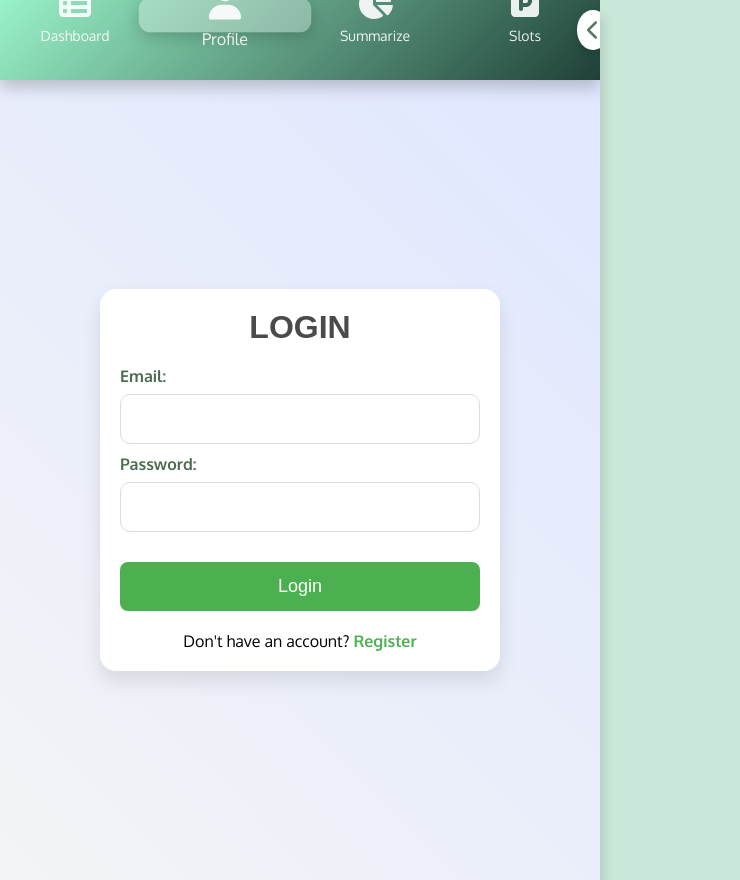
Repository: minhnhat2803/Thesis-Web-Mobile
Page: /profile (app in client/)
An editor plug-in stored every save of this project. The page is shown before and after the next save, followed by the edit.
The browser window is 600 px wide. The page is 740 px wide, so the pictures cover 740 px, including what lies to the right of the window. The pictures show the whole page.
The project was rebuilt for these pictures with package versions that can differ from the ones it lists, and the page was loaded fresh each time. Also part of the build but not shown: client/vite.config.js, client/src/styles/Header.module.css, client/src/components/Header.jsx, client/src/styles/pages/Dashboard.module.css, client/src/actions/index.js, client/src/components/Dashboard.jsx, client/src/styles/Table.module.css, client/src/components/Table.jsx and 4 more.

Above is the page before, as saved 2025-01-07 23:01:24.

### client/index.html
<!DOCTYPE html>
<html lang="en">
  <head>
    <meta charset="UTF-8" />
    <link rel="icon" type="image/svg+xml" href="/vite.svg" />
    <meta name="viewport" content="width=device-width, initial-scale=1.0" />
    <title>ASPS - Smart Parking Administration Website</title>
  </head>
  <body>
    <div id="root"></div>
    <script type="module" src="./src/main.jsx"></script>
  </body>
</html>

### client/src/main.jsx
import React from "react";
import ReactDOM from "react-dom/client";
import App from "./App";
import "./global.css";

ReactDOM.createRoot(document.getElementById("root")).render(
  <React.StrictMode>
    <App />
  </React.StrictMode>
);

### client/src/App.jsx
import React from "react";
import { BrowserRouter as Router, Routes, Route } from "react-router-dom";
import TabBar from "./components/TabBar";
import styles from "./styles/Container.module.css";
import classNames from "classnames/bind";
import Header from "./components/Header";
import Content from "./components/Dashboard";
import Table from "./components/Table";
import Slots from "./pages/Slots";
import Profile from "./pages/Profile";
import Summarize from "./pages/Summarize";
import ProtectedRoute from "../src/config/ProtectedRoute";
import { AuthProvider } from "../src/config/AuthContext";
import { ToastContainer } from "react-toastify";
import "react-toastify/dist/ReactToastify.css";

const cx = classNames.bind(styles);

function App() {
  return (
    <AuthProvider>
      <Router>
        <div className={cx("container")}>
          <ToastContainer />
          <div className={cx("dashboard-container")}>
            <TabBar />
            <div className={cx("main-content")}>
              <Routes>
                <Route path="/profile" element={<Profile />} />
                <Route
                  path="/dashboard"
                  element={
                    <ProtectedRoute>
                      <>
                        <Header />
                        <Content />
                        <Table />
                      </>
                    </ProtectedRoute>
                  }
                />
                <Route
                  path="/slots"
                  element={
                    <ProtectedRoute>
                      <Slots />
                    </ProtectedRoute>
                  }
                />
                <Route
                  path="/summarize"
                  element={
                    <ProtectedRoute>
                      <Summarize />
                    </ProtectedRoute>
                  }
                />
              </Routes>
            </div>
          </div>
        </div>
      </Router>
    </AuthProvider>
  );
}

export default App;

### client/src/global.css
@import url("https://fonts.googleapis.com/css2?family=Oxygen:wght@300;400;700&display=swap");

* {
  margin: 0;
  padding: 0;
  box-sizing: border-box;
}

body {
  background-color: #f4f6f8;
  font-family: "Oxygen", sans-serif;
  min-width: 100vh;
  overflow: auto;
}

@media screen and (min-width: 740px) and (max-width: 1024px) {
  body {
    background-color: #cae8d9;
    font-family: "Oxygen", sans-serif;
    min-width: 740px;
    overflow: auto;
  }
}

@media (max-width: 739px) {
  body {
    background-color: #cae8d9;
    font-family: "Oxygen", sans-serif;
    min-width: 740px;
    overflow: auto;
  }
}

### client/src/components/TabBar.jsx
import React, { useEffect, useState } from "react";
import { useNavigate, useLocation } from "react-router-dom";
import classNames from "classnames/bind";
import styles from "../styles/TabBar.module.css";
import { FontAwesomeIcon } from "@fortawesome/react-fontawesome";
import {
  faTableList,
  faUser,
  faParking,
  faChartPie,
  faChevronLeft,
  faChevronRight,
} from "@fortawesome/free-solid-svg-icons";
import { motion } from "framer-motion";

const cx = classNames.bind(styles);

const tabs = [
  {
    index: 0,
    title: "Dashboard",
    icon: faTableList,
    path: "/dashboard",
  },
  {
    index: 1,
    title: "Profile",
    icon: faUser,
    path: "/profile",
  },
  {
    index: 2,
    title: "Summarize",
    icon: faChartPie,
    path: "/summarize",
  },
  {
    index: 3,
    title: "Slots",
    icon: faParking,
    path: "/slots",
  },
];

function TabBar() {
  const [click, setClick] = useState(0);
  const [isCollapsed, setIsCollapsed] = useState(false);
  const navigate = useNavigate();
  const location = useLocation();

  useEffect(() => {
    const currentTab = tabs.findIndex((tab) => tab.path === location.pathname);
    if (currentTab !== -1) {
      setClick(currentTab);
    }
  }, [location.pathname]);

  const handleTabClick = (index, path) => {
    setClick(index);
    navigate(path);
  };

  const toggleTabBar = () => {
    setIsCollapsed(!isCollapsed);
  };

  return (
    <div className={cx("tabBar-container", { collapsed: isCollapsed })}>
      <motion.div
        className={cx("toggle-container")}
        onClick={toggleTabBar}
        whileHover={{ scale: 1.2, rotate: 10 }}
        whileTap={{ scale: 0.9 }}
      >
        <FontAwesomeIcon
          icon={isCollapsed ? faChevronRight : faChevronLeft}
          size="lg"
        />
      </motion.div>

      <div className={cx("tabs")}>
        {tabs.map((tab, index) => (
          <motion.div
            key={index}
            onClick={() => handleTabClick(index, tab.path)}
            className={cx("tabCell-container", { active: click === index })}
            whileHover={{
              scale: 1.1,
              backgroundColor: "rgba(255, 255, 255, 0.2)",
            }}
            whileTap={{ scale: 0.95 }}
            style={{
              height: `calc(100% / ${tabs.length})`,
            }}
          >
            <FontAwesomeIcon size="2x" icon={tab.icon} />
            {!isCollapsed && (
              <motion.p
                className={cx("tabCell-title")}
                initial={{ opacity: 0, x: -10 }}
                animate={{ opacity: 1, x: 0 }}
                transition={{ delay: 0.2 }}
              >
                {tab.title}
              </motion.p>
            )}
          </motion.div>
        ))}
      </div>
    </div>
  );
}

export default TabBar;

### client/src/styles/Container.module.css
.dashboard-container {
    width: 100%;
    height: auto;
    background-color: #f4f6f8;
    display: flex;
}

.main-content {
    width: 100%;
    margin-left: 80px;
    margin-right: 100px;
}

@media screen and (min-width: 740px) and (max-width: 1024px) {
    .dashboard-container {
        width: 100vw;
        height: auto;
        background-color: #f4f6f8;
        overflow: hidden;
        display: flex;
        box-shadow: 5px 16px 10px rgba(0, 0, 0, 0.1);
    }

    .main-content {
        width: 100vw;
        margin-left: 0px;
        margin-right: 0px;
    }
}

@media (max-width: 739px) {
    .dashboard-container {
        width: 100vw;
        height: auto;
        background-color: #f4f6f8;
        overflow: hidden;
        display: flex;
        flex-direction: column;
        box-shadow: 5px 16px 10px rgba(0, 0, 0, 0.1);
    }
    .main-content {
        width: 100vw;
        margin-left: 0px;
        margin-right: 0px;
    }
}

### client/src/pages/Profile.jsx
import React, { useState, useEffect } from "react";
import styles from "../styles/pages/Profile.module.css";
import { auth } from "../config/firebase";
import { createUserWithEmailAndPassword, signInWithEmailAndPassword } from "firebase/auth";
import { useAuth } from "../config/AuthContext";

function Profile() {
  const { login, logout } = useAuth();
  const [isLogin, setIsLogin] = useState(true);
  const [userInfo, setUserInfo] = useState(null);

  useEffect(() => {
    const storedUserInfo = localStorage.getItem("userInfo");
    if (storedUserInfo) {
      setUserInfo(JSON.parse(storedUserInfo));
    }
  }, []);

  useEffect(() => {
    if (userInfo) {
      localStorage.setItem("userInfo", JSON.stringify(userInfo));
    }
  }, [userInfo]);

  const handleLoginSubmit = async (e) => {
    e.preventDefault();
    const email = e.target.elements[0].value;
    const password = e.target.elements[1].value;

    try {
      const userCredential = await signInWithEmailAndPassword(auth, email, password);
      const currentDateTime = new Date().toLocaleString();
      const loggedInUserInfo = {
        email: userCredential.user.email,
        lastLogin: currentDateTime,
      };

      login(loggedInUserInfo);
      setUserInfo(loggedInUserInfo);
    } catch (error) {
      alert("Login failed: " + error.message);
    }
  };

  const handleRegisterSubmit = async (e) => {
    e.preventDefault();
    const email = e.target.elements[0].value;
    const password = e.target.elements[1].value;
    const confirmPassword = e.target.elements[2].value;

    if (password !== confirmPassword) {
      alert("Passwords do not match!");
      return;
    }

    try {
      const userCredential = await createUserWithEmailAndPassword(auth, email, password);
      const registeredUserInfo = {
        email: userCredential.user.email,
        lastLogin: new Date().toLocaleString(),
      };

      login(registeredUserInfo);
      setUserInfo(registeredUserInfo);
      setIsLogin(true);
    } catch (error) {
      alert("Registration failed: " + error.message);
    }
  };

  const handleLogout = () => {
    setUserInfo(null);
    logout();
    localStorage.removeItem("userInfo");
  };

  return (
    <div className={styles.profileContainer}>
      <div className={styles.formContainer}>
        {userInfo ? (
          <div className={styles.profileDetails}>
            <h2>Profile Information</h2>
            <p>Email: {userInfo.email}</p>
            <p>Last Login: {userInfo.lastLogin}</p>
            <button onClick={handleLogout}>Logout</button>
          </div>
        ) : isLogin ? (
          <div className={styles.loginForm}>
            <h2>LOGIN</h2>
            <form onSubmit={handleLoginSubmit}>
              <label>Email: <input type="email" required /></label>
              <label>Password: <input type="password" required /></label>
              <button type="submit">Login</button>
            </form>
            <p className={styles.toggleForm}>
              Don't have an account?{" "}
              <span onClick={() => setIsLogin(false)} className={styles.registerLink}>Register</span>
            </p>
          </div>
        ) : (
          <div className={styles.registerForm}>
            <h2>REGISTER</h2>
            <form onSubmit={handleRegisterSubmit}>
              <label>Email: <input type="email" required /></label>
              <label>Password: <input type="password" required /></label>
              <label>Confirm Password: <input type="password" required /></label>
              <button type="submit">Register</button>
            </form>
            <p className={styles.toggleForm}>
              Already have an account?{" "}
              <span onClick={() => setIsLogin(true)} className={styles.loginLink}>Login</span>
            </p>
          </div>
        )}
      </div>
    </div>
  );
}

export default Profile;

### client/src/config/AuthContext.js
// AuthContext.js
import React, { createContext, useContext, useState, useEffect } from "react";

const AuthContext = createContext();

export function AuthProvider({ children }) {
  const [user, setUser] = useState(null);

  useEffect(() => {
    const storedUser = localStorage.getItem("userInfo");
    if (storedUser) {
      setUser(JSON.parse(storedUser));
    }
  }, []);

  const login = (userInfo) => {
    setUser(userInfo);
    localStorage.setItem("userInfo", JSON.stringify(userInfo));
  };

  const logout = () => {
    setUser(null);
    localStorage.removeItem("userInfo");
  };

  return (
    <AuthContext.Provider value={{ user, login, logout }}>
      {children}
    </AuthContext.Provider>
  );
}

export function useAuth() {
  return useContext(AuthContext);
}

### client/src/styles/TabBar.module.css
.tabBar-container {
  width: 120px;
  background: linear-gradient(135deg, #1f4037, #99f2c8);
  border-right: none;
  box-shadow: 0 8px 15px rgba(0, 0, 0, 0.2);
  display: flex;
  flex-direction: column;
  justify-content: space-between;
  transition: all 0.5s cubic-bezier(0.4, 0, 0.2, 1);
  position: relative;
  overflow: hidden;
}

.tabBar-container.collapsed {
  width: 60px;
}

.toggle-container {
  position: absolute;
  top: 10px;
  right: -9px;
  cursor: pointer;
  z-index: 10;
  background-color: #fff;
  color: #517c64;
  padding: 10px;
  border-radius: 50%;
  box-shadow: 0 4px 8px rgba(0, 0, 0, 0.15);
  transition: transform 0.3s ease, box-shadow 0.3s ease;
}

.toggle-container:hover {
  box-shadow: 0 6px 12px rgba(0, 0, 0, 0.25);
}

.tabs {
  width: 100%;
  height: 100%;
  display: flex;
  flex-direction: column;
  justify-content: space-around;
  padding-top: 60px;
}

.tabCell-container {
  width: 100%;
  display: flex;
  flex-direction: column;
  justify-content: center;
  align-items: center;
  cursor: pointer;
  padding: 15px 0;
  transition: all 0.4s cubic-bezier(0.4, 0, 0.2, 1);
  border-radius: 10px;
  margin: 10px 0;
  color: rgba(255, 255, 255, 0.9);
  background: linear-gradient(135deg, transparent, transparent);
}

.tabCell-container:hover {
  background: linear-gradient(135deg, rgba(255, 255, 255, 0.2), rgba(255, 255, 255, 0.1));
  transform: scale(1.1);
}

.tabCell-title {
  margin-top: 8px;
  font-size: 14px;
  font-weight: 500;
  color: rgba(255, 255, 255, 0.9);
}

.tabCell-container.active {
  background: rgba(255, 255, 255, 0.3);
  box-shadow: 0 4px 15px rgba(0, 0, 0, 0.2);
  transform: scale(1.15);
}

@media (max-width: 739px) {
  .tabBar-container {
    width: 100vw;
    height: 10vh;
    flex-direction: row;
    align-items: center;
    background: linear-gradient(135deg, #99f2c8, #1f4037);
  }
  .tabs {
    flex-direction: row;
    justify-content: space-evenly;
    padding: 0;
  }
  .tabCell-container {
    flex-direction: column;
    margin: 0;
  }
}

### client/src/config/firebase.js
import { initializeApp } from "firebase/app";
import { getAuth } from "firebase/auth";

import { getFirestore } from "firebase/firestore";
const firebaseConfig = {
    apiKey: "AIzaSyBL6smHyIPLYk8AsCLDpU_Xcr4zFFii8rM",
    authDomain: "iot-smart-parking-72f94.firebaseapp.com",
    projectId: "iot-smart-parking-72f94",
    storageBucket: "iot-smart-parking-72f94.appspot.com",
    messagingSenderId: "144827756125",
    appId: "1:144827756125:web:6a4ce29fb31f48d54ae7b4",
    measurementId: "G-6L53JE2ZJF",
};

const app = initializeApp(firebaseConfig);
export const auth = getAuth(app);
export const db = getFirestore(app);

### client/src/styles/pages/Slots.module.css
:root {
    --primary-color: #007bff;
    --secondary-color: #dc3545;
    --neutral-light: #f8f9fa;
    --neutral-dark: #343a40;
    --neutral-border: #dee2e6;
    --card-shadow: 0px 6px 10px rgba(0, 0, 0, 0.1);
    --hover-shadow: 0px 8px 16px rgba(0, 0, 0, 0.15);
    --transition-time: 0.3s ease;
    --status-available: #28a745;
    --status-unavailable: #ff4d4d;
}

.container {
    display: flex;
    flex-direction: column;
    align-items: center;
    padding: 20px;
    font-family: "Arial", sans-serif;
    background-color: var(--neutral-light);
    min-height: 100vh;
}

.header {
    text-align: center;
    margin-bottom: 20px;
}

h1 {
    font-size: 28px;
    font-weight: bold;
    color: var(--neutral-dark);
}

.actions {
    display: flex;
    gap: 15px;
    align-items: center;
    margin-bottom: 30px;
}

.input {
    flex: 1;
    padding: 12px;
    border: 1px solid var(--neutral-border);
    border-radius: 8px;
    font-size: 16px;
    background-color: white;
    box-shadow: var(--card-shadow);
    outline: none;
    transition: box-shadow var(--transition-time);
}

.input:focus {
    box-shadow: var(--hover-shadow);
}

.addBtn,
.deleteBtn {
    padding: 10px 20px;
    border: none;
    border-radius: 8px;
    font-size: 16px;
    font-weight: bold;
    cursor: pointer;
    transition: all var(--transition-time);
    color: white;
    box-shadow: var(--card-shadow);
}

.addBtn {
    background-color: var(--primary-color);
}

.addBtn:hover {
    background-color: #0056b3;
    box-shadow: var(--hover-shadow);
}

.deleteBtn {
    background-color: var(--secondary-color);
}

.deleteBtn:hover {
    background-color: #c82333;
    box-shadow: var(--hover-shadow);
}

.parkingLot {
    display: flex;
    flex-direction: column;
    justify-content: center;
    width: 100%;
    padding: 20px;
}

.entryExit {
    display: flex;
    justify-content: space-between;
    align-items: center;
    margin-bottom: 20px;
}

.entry,
.exit {
    padding: 10px 20px;
    border: 2px solid var(--neutral-dark);
    border-radius: 8px;
    font-size: 18px;
    font-weight: bold;
    color: var(--neutral-dark);
    background-color: var(--neutral-light);
    text-align: center;
    display: flex;
    align-items: center;
}

.arrow {
    font-size: 24px;
    margin: 0 10px;
}

.parkingLotGrid {
    display: grid;
    grid-template-columns: repeat(3, 1fr); /* 3 cột */
    grid-template-rows: repeat(2, 1fr); /* 2 hàng */
    gap: 20px; /* Khoảng cách giữa các ô */
    width: 100%;
}

.slot {
    padding: 30px;
    border: 1px solid var(--neutral-border);
    border-radius: 8px;
    text-align: center;
    font-size: 18px;
    font-weight: bold;
    color: white;
    box-shadow: var(--card-shadow);
    transition: transform var(--transition-time), box-shadow var(--transition-time);
    position: relative;
    cursor: pointer;
}

.slot:hover {
    transform: translateY(-5px);
    box-shadow: var(--hover-shadow);
}

.available {
    background-color: var(--status-available);
}

.unavailable {
    background-color: var(--status-unavailable);
}

.status {
    margin-top: 10px;
    font-size: 14px;
    font-weight: normal;
    color: white;
    opacity: 0.8;
}

.selected {
    background-color: #ffc107; /* Màu vàng cho ô được chọn */
    box-shadow: 0px 8px 16px rgba(0, 0, 0, 0.2);
}

.selected:hover {
    transform: translateY(-5px);
    box-shadow: var(--hover-shadow);
}

.cameras {
    display: flex;
    justify-content: space-between;
    margin-top: 20px;
}

.camera {
    padding: 10px 20px;
    border: 2px solid var(--neutral-dark);
    border-radius: 8px;
    font-size: 18px;
    font-weight: bold;
    color: var(--neutral-dark);
    background-color: var(--neutral-light);
    text-align: center;
}

### client/src/styles/pages/Profile.module.css
.profileContainer {
  display: flex;
  justify-content: center;
  align-items: center;
  height: 100vh;
  background: linear-gradient(45deg, #f3f4f6, #e0e7ff);
  padding: 50px;
}

.formContainer {
  background-color: #ffffff;
  border-radius: 16px;
  box-shadow: 0px 10px 20px rgba(0, 0, 0, 0.1);
  padding: 30px;
  width: 100%;
  max-width: 500px;
  transition: all 0.3s ease;
  transform: translateY(30px);
  opacity: 0;
  animation: fadeInUp 0.8s forwards;
}

@keyframes fadeInUp {
  to {
    transform: translateY(0);
    opacity: 1;
  }
}

h2 {
  margin-bottom: 20px;
  font-size: 32px;
  font-family: 'Montserrat', sans-serif;
  text-align: center;
  color: #4a4a4a;
}

form {
  display: flex;
  flex-direction: column;
}

label {
  margin-bottom: 10px;
  font-weight: bold;
  color: #4b6b50;
}

input[type="email"],
input[type="password"] {
  width: 100%;
  padding: 15px;
  margin-top: 8px;
  border: 1px solid #ddd;
  border-radius: 10px;
  font-size: 16px;
  transition: border-color 0.3s ease-in-out;
}

input[type="email"]:focus,
input[type="password"]:focus {
  border-color: #4CAF50;
  outline: none;
}

button {
  padding: 14px;
  border: none;
  border-radius: 8px;
  background-color: #4CAF50;
  color: white;
  font-size: 18px;
  cursor: pointer;
  margin-top: 20px;
  transition: background-color 0.3s ease;
}

button:hover {
  background-color: #45a049;
}

/* Profile details */
.profileDetails {
  text-align: center;
  font-size: 16px;
}

.profileDetails button {
  padding: 12px;
  font-size: 16px;
  border-radius: 8px;
  background-color: #FF6F61;
  color: white;
  border: none;
  margin-top: 20px;
}

.profileDetails button:hover {
  background-color: #e65f56;
}

.loginForm p,
.registerForm p {
  text-align: center;
  margin-top: 20px;
}

.loginForm span,
.registerForm span {
  color: #4CAF50;
  font-weight: bold;
  cursor: pointer;
}

.loginForm span:hover,
.registerForm span:hover {
  text-decoration: underline;
}

@media (max-width: 768px) {
  .formContainer {
    width: 100%;
    max-width: 400px;
    padding: 20px;
  }
}

After the next save:
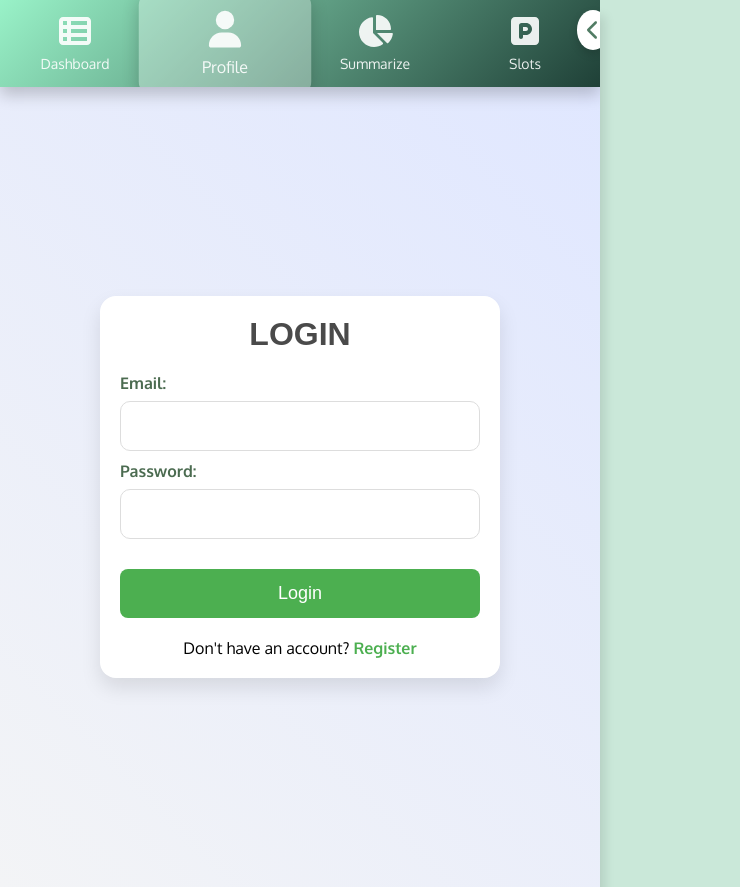
Saved 63 s later.
--- a/client/src/styles/TabBar.module.css
+++ b/client/src/styles/TabBar.module.css
@@ -78,7 +78,7 @@
 @media (max-width: 739px) {
   .tabBar-container {
     width: 100vw;
-    height: 10vh;
+    height: auto;
     flex-direction: row;
     align-items: center;
     background: linear-gradient(135deg, #99f2c8, #1f4037);

After the 3 saves that followed:
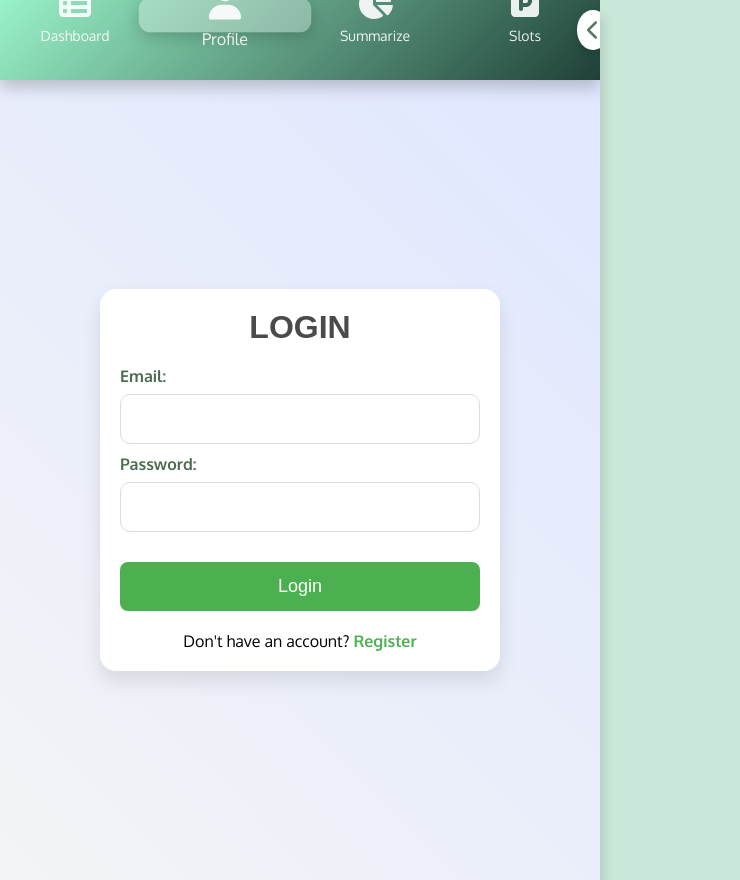
The 3 saves are shown as one change because 1 left the picture as it was and some came seconds apart.
The last was saved 13 s later.
--- a/client/src/styles/TabBar.module.css
+++ b/client/src/styles/TabBar.module.css
@@ -78,7 +78,7 @@
 @media (max-width: 739px) {
   .tabBar-container {
     width: 100vw;
-    height: auto;
+    height: 10vh;
     flex-direction: row;
     align-items: center;
     background: linear-gradient(135deg, #99f2c8, #1f4037);
